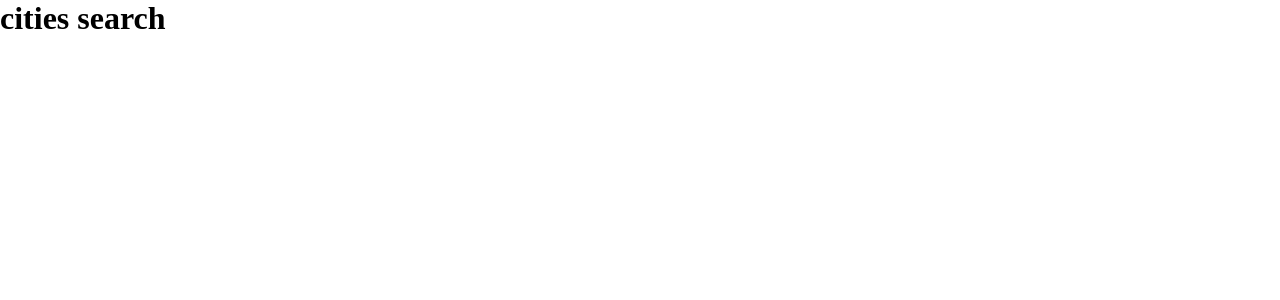
Repository: idubi/sailpoint
Page: / (app in spAutoComplete-front/)
The author's editor kept a copy of each file at every save. The page is drawn from the files as they stood at one save, then again after the next save.
The browser window is 1280 px wide. The pictures show the whole page.
The project was rebuilt for these pictures with package versions that can differ from the ones it lists, and the page was loaded fresh each time. Also part of the build but not shown: spAutoComplete-front/angular.json.

Above is the page before, as saved 2022-12-31 15:01:11.

After the next save:
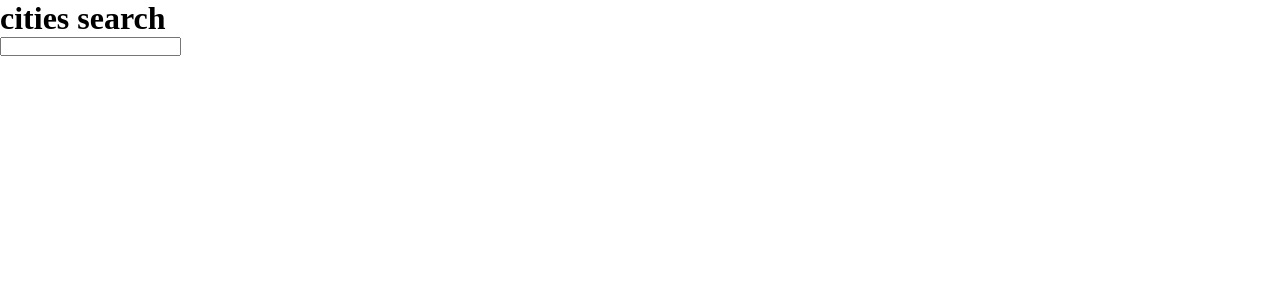
Saved 25 min 8 s later.
--- a/spAutoComplete-front/src/app/app.component.html
+++ b/spAutoComplete-front/src/app/app.component.html
@@ -1 +1,3 @@
 <h1>cities search</h1>
+<input type="text" name="city-search" class="search-box" />
+<section class="search-results"></section>
